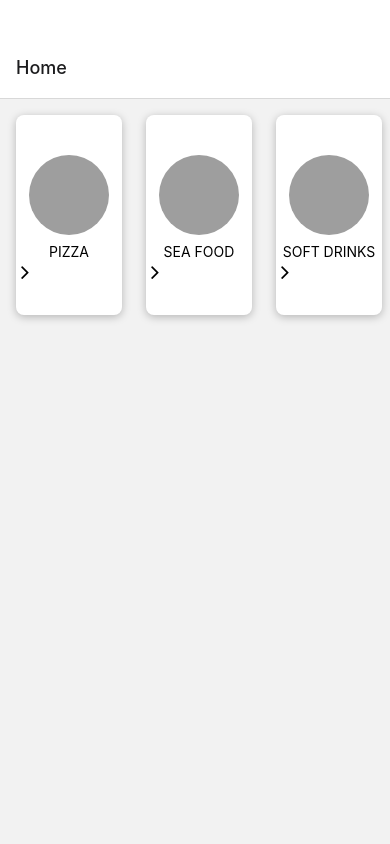
Repository: Esraa22M/ReactNative
Screen: /
An editor plug-in stored every save of this project. The screen is shown before and after the next save, followed by the edit.
Pictures or frames that could not be fetched are drawn as grey boxes. The app was drawn by React Native's web renderer in a window 390 px wide. The project was rebuilt for these pictures with package versions that can differ from the ones it lists, and the page was loaded fresh each time. Also part of the build but not shown: src/components/header/header.component.js, src/colors/front-screen-colors/user-auth-colors.js, src/components/header/header.styles.js, src/components/textInput/textInput.styles.js, src/components/textInput/textInput.components.jsx, src/components/singup-form-body/singup-form-body.components.js, src/screens/front-screen/Singup/singup-screen.screens.jsx, src/authentication/api/login-info.js and 2 more.

Above is the screen before, as saved 2023-09-21 02:12:00.

### App.js
import { SafeAreaView } from "react-native";
import { singupStyles } from "./src/screens/front-screen/Singup/singup-screen.styles";
import { Singup } from "./src/screens/front-screen/Singup/singup-screen.screens";
import UserCard from "./src/screens/front-screen/user-card/user-card.screens";
import { NavigationContainer } from "@react-navigation/native";
import { createStackNavigator } from "@react-navigation/stack";
import { Home } from "./src/screens/front-screen/home/home.screens";
const Stack = createStackNavigator();
export default function App() {
  return (
    <SafeAreaView style={singupStyles.container}>
      {/* <UserCard /> */}
      <NavigationContainer>
        <Stack.Navigator>
          <Stack.Screen name="Home" component={Home} />
        </Stack.Navigator>
      </NavigationContainer>
    </SafeAreaView>
  );
}

### src/screens/front-screen/Singup/singup-screen.styles.jsx
import { StyleSheet } from "react-native";
export const singupStyles = StyleSheet.create({
  container: { flex: 1, marginTop: 35 },
});

### src/screens/front-screen/home/home.screens.js
import { View, Text } from "react-native";
import { Categories } from "../../../components/categories/categories.components";
export const Home = () => {
  return (
    <>
      <Categories />
    </>
  );
};

### src/components/categories/categories.components.js
import { categories } from "../../data/dummay__data";
import { FlatList } from "react-native";
import { CategoryItem } from "./category-item.components";
export const Categories = () => {
  function renderCategoryItem(itemData) {
    return <CategoryItem item={itemData.item} />;
  }
  return (
    <FlatList
      numColumns={3}
      data={categories}
      renderItem={renderCategoryItem}
      keyExtractor={(item) => item.id}
    />
  );
};

### src/data/dummay__data.js
import { Category } from "../modal/category.modals";
export const categories = [
  new Category(
    "1pizza",
    "Pizza",
    "https://img.freepik.com/free-vector/flying-slice-pizza-cartoon-vector-illustration-fast-food-concept-isolated-vector-flat-cartoon-style_138676-1934.jpg?w=740&t=st=1695067102~exp=1695067702~hmac=7d47136b0dff2be87480dc1a22a28658daa67f706d90b59d117303a312dc6c16"
  ),
  new Category(
    "sea_food2",
    "sea food",
    "https://img.freepik.com/free-vector/seafood-products-set_98292-1624.jpg?w=740&t=st=1695067277~exp=1695067877~hmac=62082bdd900b5c830349f2bb8f3cd3466fcfb5395c4f24459194aeaeb256cb2c"
  ),
  new Category(
    "3softDrinks",
    "soft drinks",
    "https://img.freepik.com/free-vector/soda-cups-drink_24877-57922.jpg?w=740&t=st=1695067422~exp=1695068022~hmac=60b80d144880f8a8413a85c867ecfc35a38170c71354acfc84aa5b82ae30d594"
  ),
];

### src/components/categories/category-item.components.js
import { View, Text, Image, StyleSheet, Pressable } from "react-native";
import { HomeColors } from "../../colors/front-screen-colors/home-colors";
import { IconButton } from "../icon-button/icon-button.components";
export const CategoryItem = ({ item }) => {
  const { name, image } = item;
  console.log(item);
  return (
    <View style={styles.container}>
      <Pressable>
        <Image source={{ uri: image }} style={styles.image} />
        <Text style={styles.categoryName}>{name}</Text>
        <IconButton name="angle-right" size={23} style={styles.angleRight} />
      </Pressable>
    </View>
  );
};
const styles = StyleSheet.create({
  container: {
    flex: 1,
    height: 200,
    justifyContent: "center",
    backgroundColor: HomeColors.LIGHT_COLOR,
    alignItems: "center",
    shadowColor: "black",
    shadowOpacity: 0.25,
    shadowOffset: { width: 0, height: 2 },
    shadowRadius: 8,
    marginVertical: 16,
    marginLeft: 16,
    marginRight: 8,
    elevation: 4,
    alignItems: "center",
    borderRadius: 8,
  },
  image: {
    width: 80,
    height: 80,
    borderRadius: 80 / 2,
    margin: 8,
  },
  categoryName: {
    textAlign: "center",
    textTransform: "uppercase",
  },
  angleRight: {},
});

### src/modal/category.modals.js
export class Category {
  constructor(id, name, image) {
    this.id = id;
    this.name = name;
    this.image = image;
  }
}

### src/colors/front-screen-colors/home-colors.js
export const HomeColors = { LIGHT_COLOR: "white", ACTIVE_COLOR: "#FFBF00" };

### src/components/icon-button/icon-button.components.js
import { Pressable, StyleSheet } from "react-native";
import { FontAwesome } from "@expo/vector-icons";
export const IconButton = ({ name, color, size, ...props }) => {
  return (
    <Pressable {...props}>
      <FontAwesome name={name} size={size} color={color}></FontAwesome>
    </Pressable>
  );
};

After the next save:
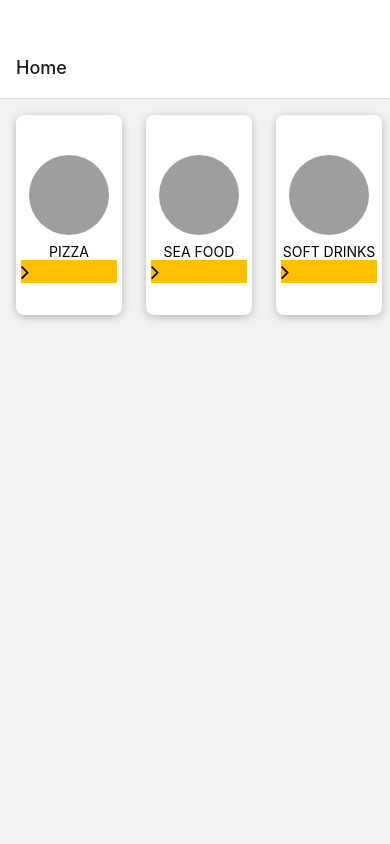
Saved 23 s later.
--- a/src/components/categories/category-item.components.js
+++ b/src/components/categories/category-item.components.js
@@ -42,5 +42,5 @@
     textAlign: "center",
     textTransform: "uppercase",
   },
-  angleRight: {},
+  angleRight: { backgroundColor: HomeColors.ACTIVE_COLOR },
 });

After the save that followed:
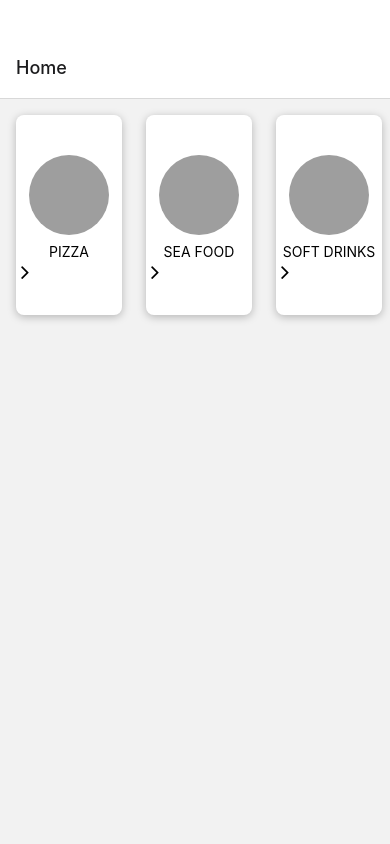
Saved 20 s later.
--- a/src/components/categories/category-item.components.js
+++ b/src/components/categories/category-item.components.js
@@ -42,5 +42,5 @@
     textAlign: "center",
     textTransform: "uppercase",
   },
-  angleRight: { backgroundColor: HomeColors.ACTIVE_COLOR },
+  angleRight: { backgroundColor: HomeColors.LIGHT_COLOR },
 });
